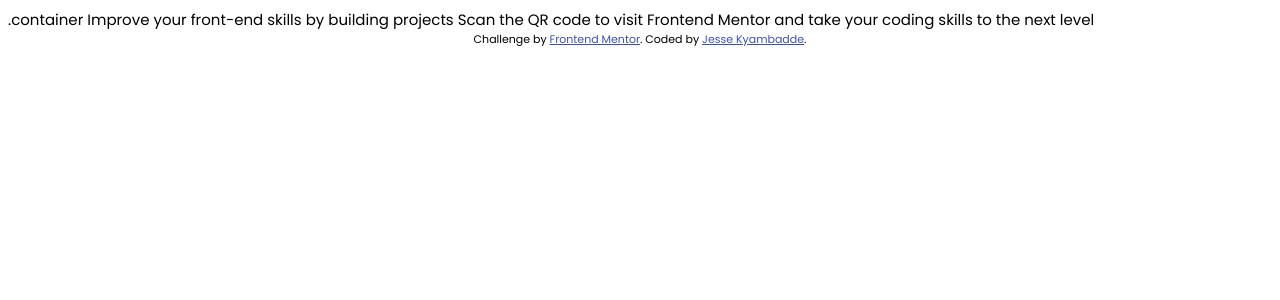
Repository: jesar-enl/qr-code-component-main-sample
Page: index.html
An editor plug-in stored every save of this project. The page is shown before and after a run of saves, followed by the edit.
The browser window is 1280 px wide. The pictures show the whole page.

Above is the page before, as saved 2022-03-04 08:48:07.

### index.html
<!DOCTYPE html>
<html lang="en">
<head>
  <meta charset="UTF-8">
  <meta name="viewport" content="width=device-width, initial-scale=1.0"> <!-- displays site properly based on user's device -->

  <link rel="icon" type="image/png" sizes="32x32" href="./images/favicon-32x32.png">

  <title>Frontend Mentor | QR code component</title>

  <!-- Feel free to remove these styles or customize in your own stylesheet 👍 -->
  <style>
    .attribution { font-size: 11px; text-align: center; }
    .attribution a { color: hsl(228, 45%, 44%); }
  </style>
  <link rel="stylesheet" href="style.css">
  <link href="https://fonts.googleapis.com/css2?family=Outfit:wght@400;700&family=Poppins:wght@300;400;500;600&display=swap" rel="stylesheet">
</head>
<body>
  .container

  Improve your front-end skills by building projects

  Scan the QR code to visit Frontend Mentor and take your coding skills to the next level

  <div class="attribution">
    Challenge by <a href="https://www.frontendmentor.io?ref=challenge" target="_blank">Frontend Mentor</a>.
    Coded by <a href="#">Jesse Kyambadde</a>.
  </div>
</body>
</html>

### style.css
* {
    box-sizing: border-box;
}
 body {
     font-size: 15px;
     font-family: 'Outfit', sans-serif;
     font-family: 'Poppins', sans-serif;
 }

After the next 2 saves:
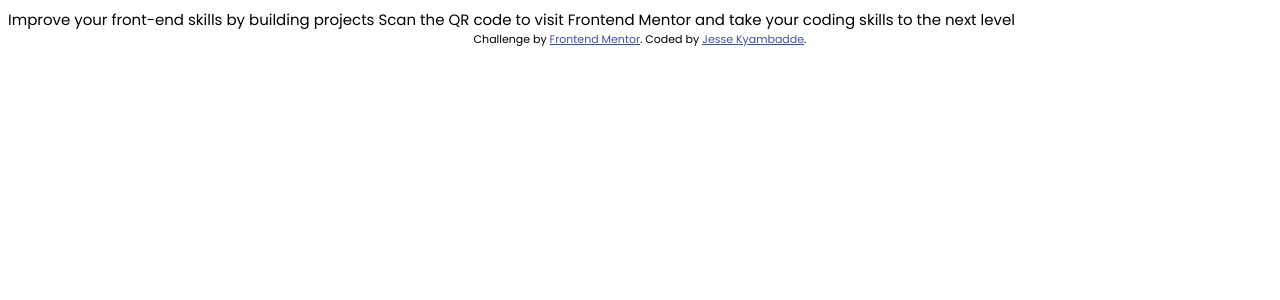
The 2 saves are shown as one change because they came seconds apart.
The last was saved 6 s later.
--- a/index.html
+++ b/index.html
@@ -17,7 +17,9 @@
   <link href="https://fonts.googleapis.com/css2?family=Outfit:wght@400;700&family=Poppins:wght@300;400;500;600&display=swap" rel="stylesheet">
 </head>
 <body>
-  .container
+  <div class="container">
+
+  </div>
 
   Improve your front-end skills by building projects
 
